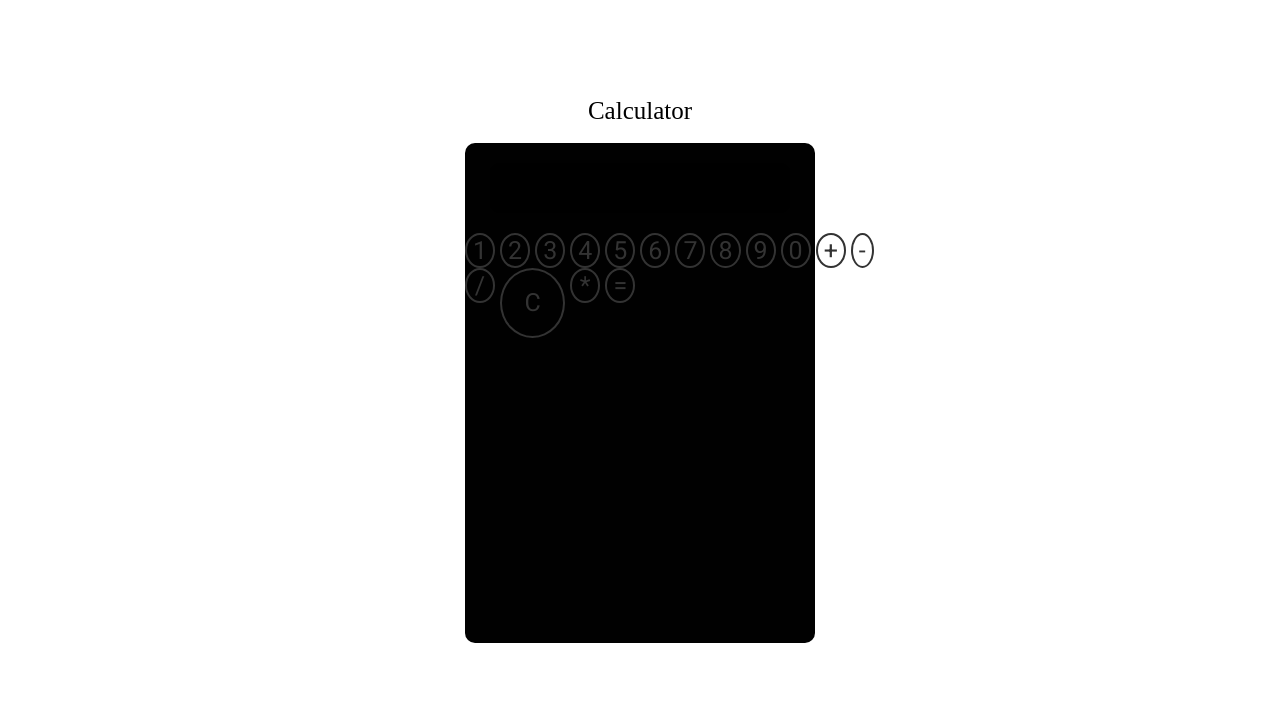
Repository: Gibon9/SimpleCalc
Page: index.html
These files come from the project's save history. The page is drawn as it stood at one moment and after the next save; the edit follows.
The browser window is 1280 px wide. The pictures show the whole page.
Some web fonts or font styles are not loaded; a fallback is used.

Above is the page before, as saved 2020-11-27 18:48:41.

After the next save:
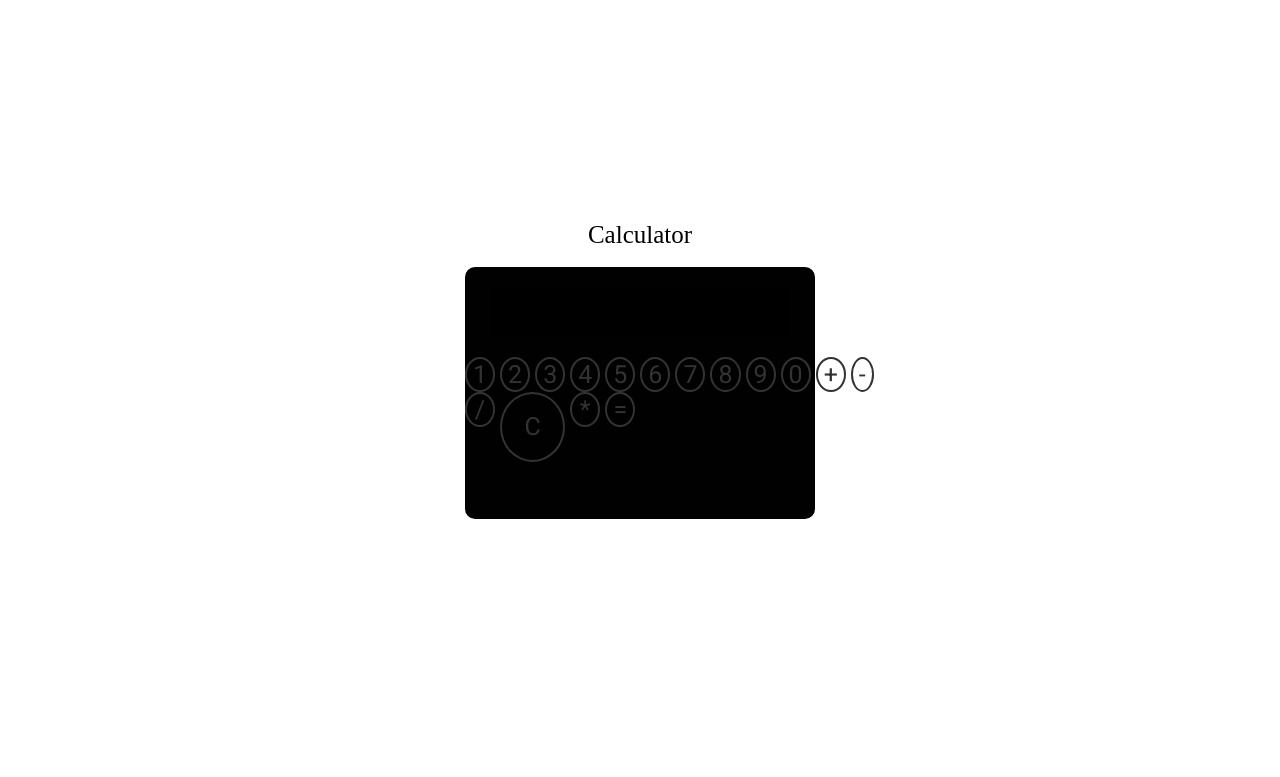
Saved 76 s later.
--- a/style/style.css
+++ b/style/style.css
@@ -33,7 +33,7 @@
 
 .clac {
   width: 350px;
-  height: 500px;
+  height: 35%;
   background-color: var(--background-color);
   border-radius: 10px;
 }

After the save that followed:
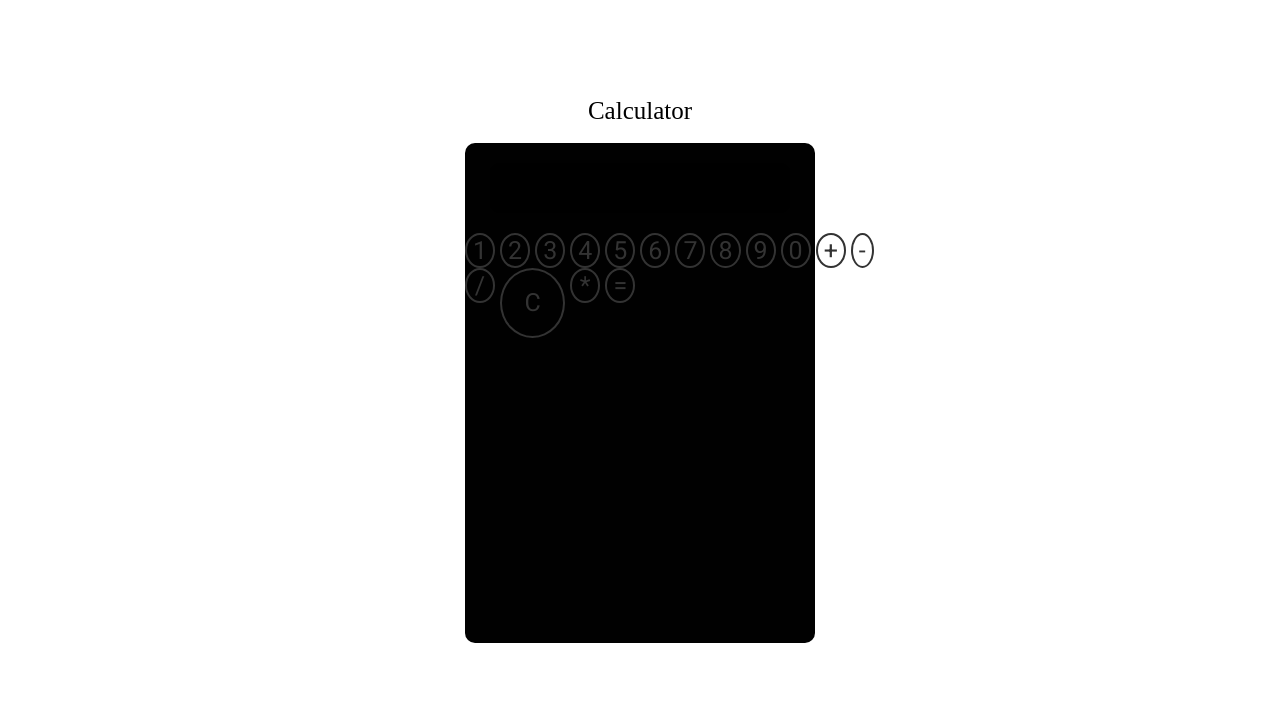
Saved 29 s later.
--- a/style/style.css
+++ b/style/style.css
@@ -33,7 +33,7 @@
 
 .clac {
   width: 350px;
-  height: 35%;
+  height: 500px;
   background-color: var(--background-color);
   border-radius: 10px;
 }
